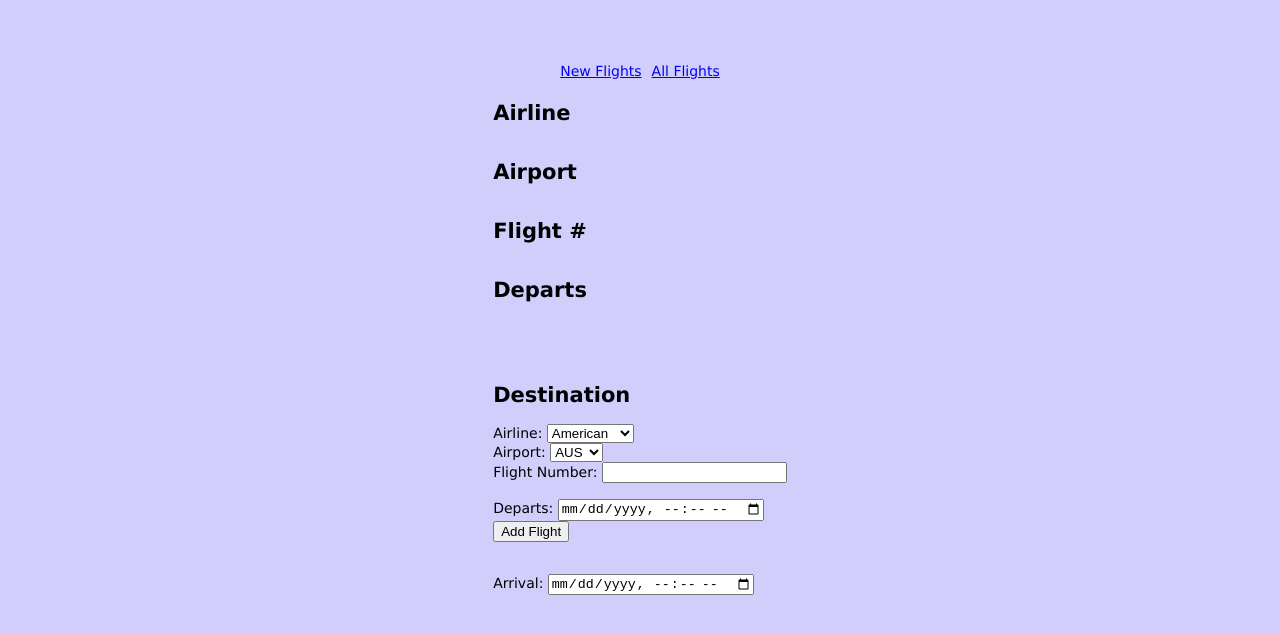
Repository: jmendoza13/mongoose-flights
Page: views/flights/show.ejs
An editor plug-in stored every save of this project. The page is shown before and after the next save, followed by the edit.
The browser window is 1280 px wide. The pictures show the whole page.
The page is served by the project's Node server (server.js). Other server files are loaded and not shown. The template is opened directly, without the code that normally fills it, so the values that code supplies are empty.

Above is the page before, as saved 2022-07-21 17:17:09.

### views/flights/show.ejs
<%- include('../partials/header') %>
<section id="show-page">
           <h2>Airline</h2>
           <p><%=flight.airline %></p>
           <h2>Airport</h2>
           <p><%=flight.airport %></p>
           <h2>Flight #</h2>
           <p><%=flight.flightNo %></p>
           <h2>Departs</h2>
           <p><%=flight.departs %></p>

</section>
<br><br><h2>Destination</h2>
<form action="/flights" method="POST">
    <label>Airline:
        <select name="airline">
            <option value="American">American</option>
            <option value="SouthWest">SouthWest</option>
            <option value="United">United</option>
    </select>
    </label><br>
    <label>Airport:
        <select name="airport">
            <option value="AUS">AUS</option>
            <option value="DFW">DFW</option>
            <option value="DEN">DEN</option>
            <option value="LAX">LAX</option>
            <option value="SAN">SAN</option>
            </select>
        </label><br>
        <label>Flight Number:
            <input type="number" name="flightNo">
        </label><br>
    </label><br>
    <label>Departs:
        <input type="datetime-local" value="departsDate" name="departs">
    </label><br>
    <input type="submit" value="Add Flight">
</form>
<br><br><label>Arrival:
    <input type="datetime-local" value="departsDate" name="departs">
</label><br>



<%- include('../partials/footer') %>

### views/Partials/header.ejs
<!DOCTYPE html>
<html lang="en">

<head>
    <meta charset="UTF-8">
    <meta http-equiv="X-UA-Compatible" content="IE=edge">
    <meta name="viewport" content="width=device-width, initial-scale=1.0">
    <link rel='stylesheet' href='/stylesheets/style.css' />
    <title>Flights</title>
</head>

<body>
    <nav>
        <a href="/flights/new">New Flights</a>
        <a href="/flights">All Flights</a>
    </nav>

### server.js
var createError = require('http-errors');
var express = require('express');
var path = require('path');
var cookieParser = require('cookie-parser');
var logger = require('morgan');

require('dotenv').config();

require('./config/database');

var indexRouter = require('./routes/index');
var flightsRouter = require('./routes/flights');
var destinationsRouter = require('./routes/flights');

var app = express();

// view engine setup
app.set('views', path.join(__dirname, 'views'));
app.set('view engine', 'ejs');

app.use(logger('dev'));
app.use(express.json());
app.use(express.urlencoded({ extended: false }));
app.use(cookieParser());
app.use(express.static(path.join(__dirname, 'public')));

app.use('/', indexRouter);
app.use('/flights', flightsRouter);
app.use('/', destinationsRouter);

// catch 404 and forward to error handler
app.use(function(req, res, next) {
  next(createError(404));
});

// error handler
app.use(function(err, req, res, next) {
  // set locals, only providing error in development
  res.locals.message = err.message;
  res.locals.error = req.app.get('env') === 'development' ? err : {};

  // render the error page
  res.status(err.status || 500);
  res.render('error');
});

module.exports = app;

### public/stylesheets/style.css
body {
  padding: 50px;
  font: 14px "Lucida Grande", Helvetica, Arial, sans-serif;
  display: grid;
  justify-content: center;
  background-color: rgb(210, 206, 252);
  grid-template-areas:
    "nav"
    "main"
}

nav, h1, p {
  display: flex;
  color: #010101;
  justify-content: center;
  align-items: center;
  text-align: center;
}

a {
  padding: 5px;
}

Loaded but not shown: views/Partials/footer.ejs (common file)

After the next save:
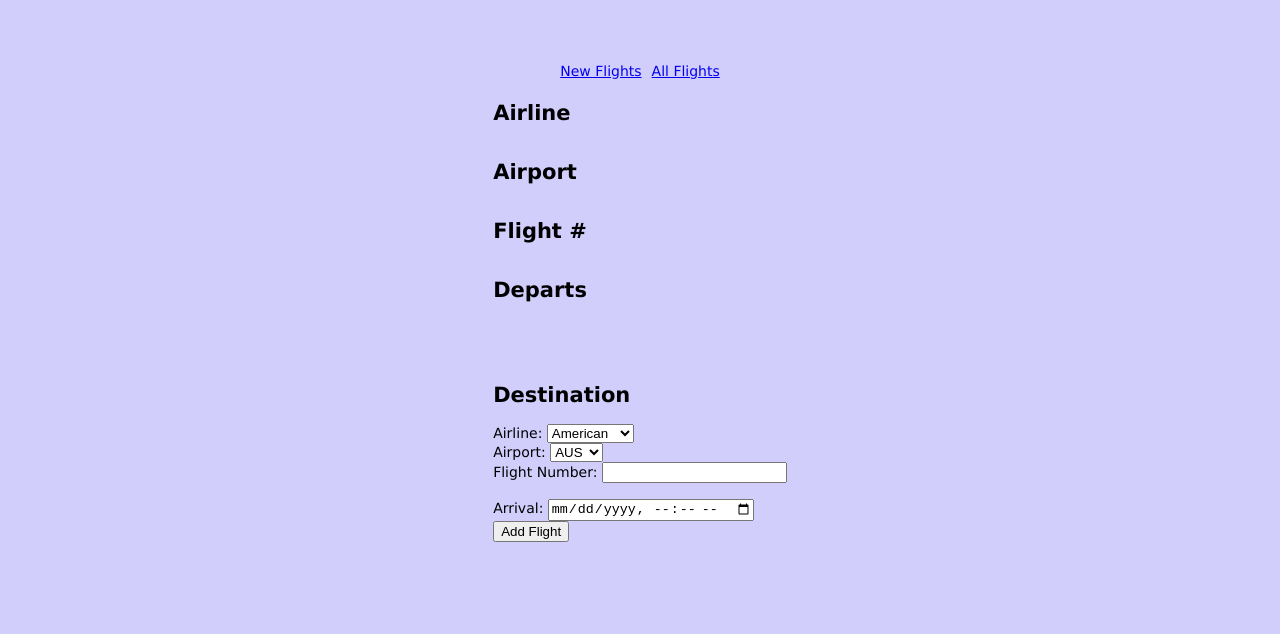
Saved 24 s later.
--- a/views/flights/show.ejs
+++ b/views/flights/show.ejs
@@ -32,13 +32,11 @@
             <input type="number" name="flightNo">
         </label><br>
     </label><br>
-    <label>Departs:
+    <label>Arrival:
         <input type="datetime-local" value="departsDate" name="departs">
     </label><br>
     <input type="submit" value="Add Flight">
 </form>
-<br><br><label>Arrival:
-    <input type="datetime-local" value="departsDate" name="departs">
 </label><br>
 
 
